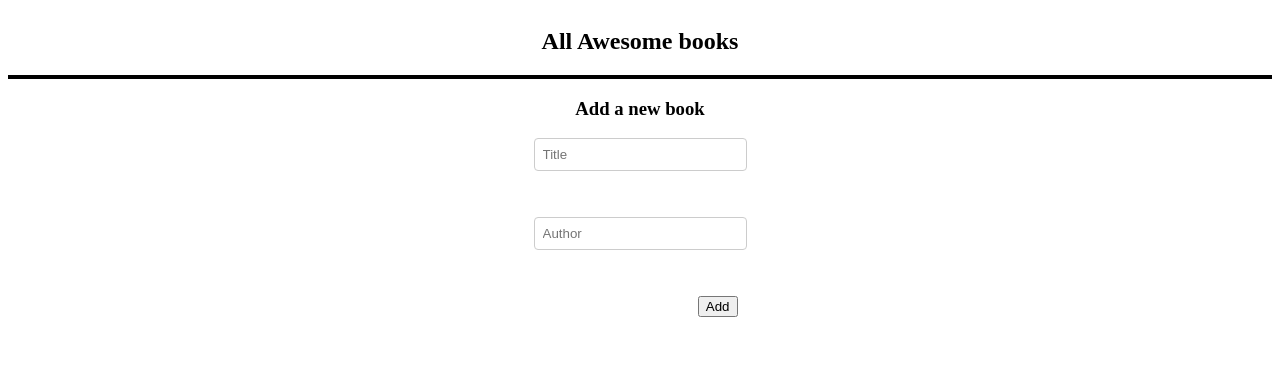
Repository: Salimer/Awesome-books
Page: index.html
An editor plug-in stored every save of this project. The page is shown before and after the next save, followed by the edit.
The browser window is 1280 px wide. The pictures show the whole page.
The style sheet was rebuilt from its Sass, Less or Tailwind sources for each picture, by a compiler version that may differ from the author's.

Above is the page before, as saved 2023-04-25 12:05:30.

After the next save:
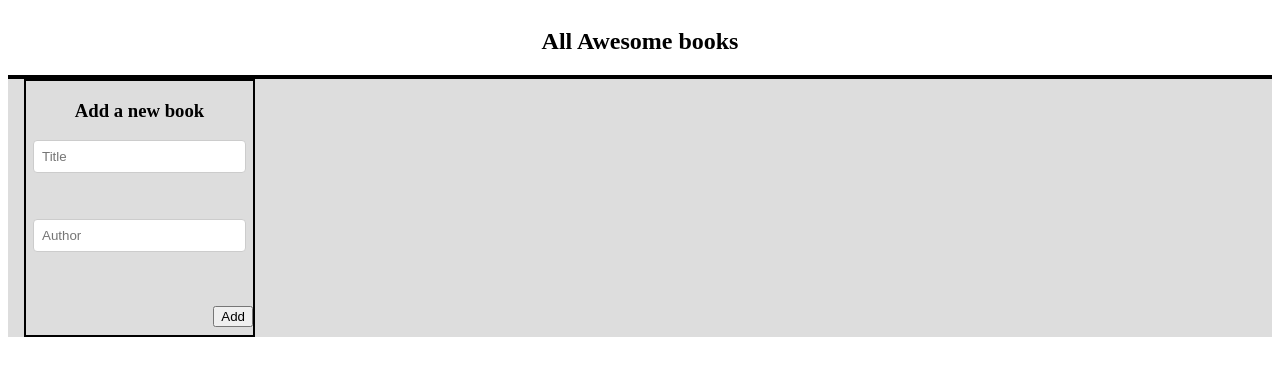
Saved 6 s later.
--- a/index.html
+++ b/index.html
@@ -14,7 +14,7 @@
             <article class="books">
 
             </article>
-
+            <div class=""
         </section>
             <form id="form">
                 <article class="new-book">

After the save that followed:
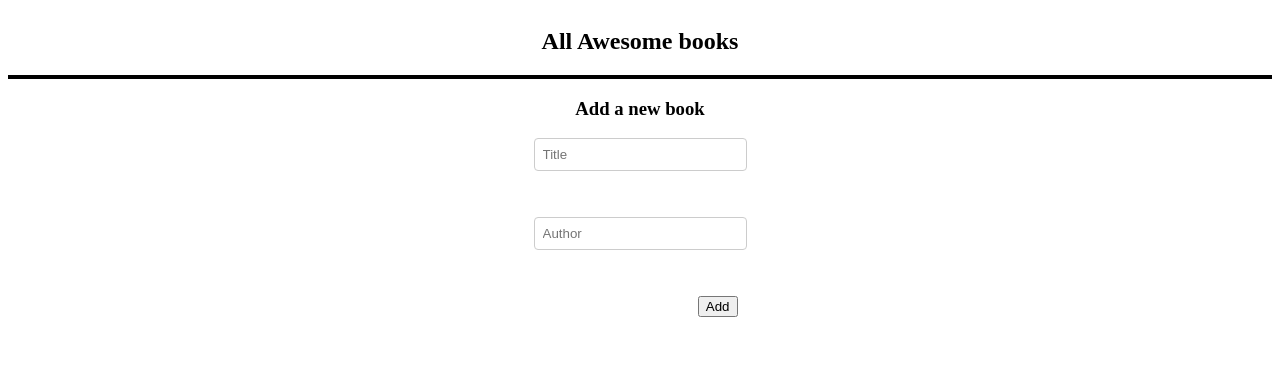
Saved 4 s later.
--- a/index.html
+++ b/index.html
@@ -14,7 +14,7 @@
             <article class="books">
 
             </article>
-            <div class=""
+            <div class="underline"></div>
         </section>
             <form id="form">
                 <article class="new-book">
